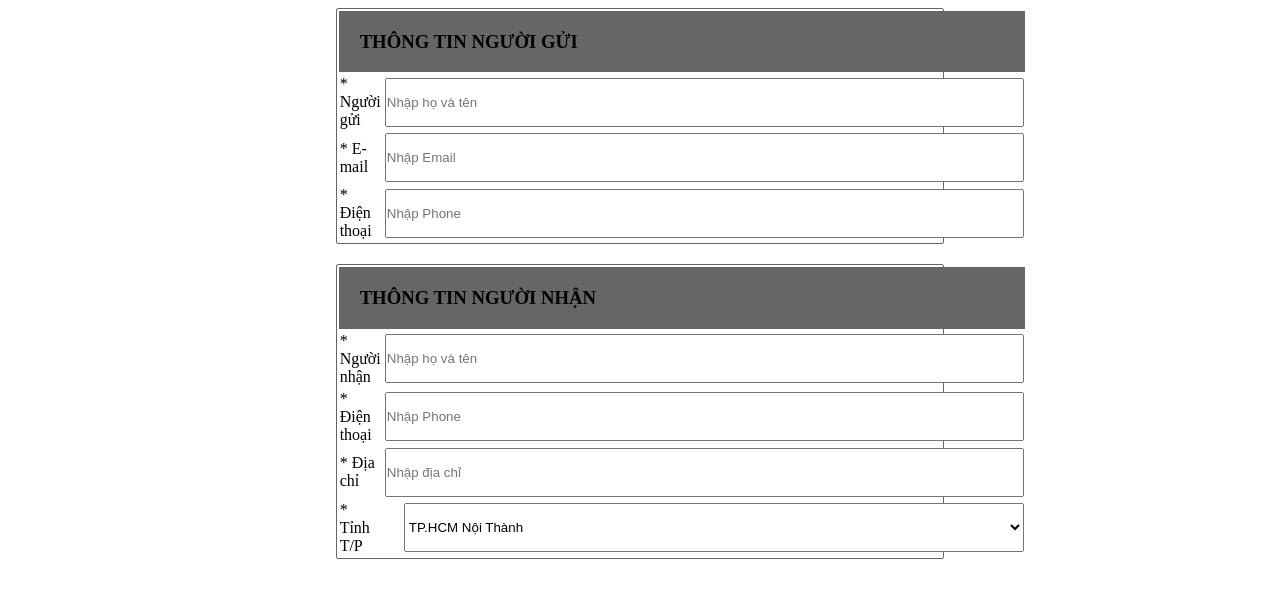
Repository: Tan-Khang21/TH_TKW--Buoi_04
Page: Bai_Tap_Mau/Bai_01/Bai_01.html
The author's editor kept a copy of each file at every save. The page is drawn from the files as they stood at one save, then again after the next save.
The browser window is 1280 px wide. The pictures show the whole page.

Above is the page before, as saved 2024-03-05 21:26:56.

### Bai_Tap_Mau/Bai_01/Bai_01.html
<!DOCTYPE html>
<html lang="en">
  <head>
    <meta charset="UTF-8" />
    <meta name="viewport" content="width=device-width, initial-scale=1.0" />
    <title>Document</title>
  </head>
  <body style=" box-sizing: border-box;">
    <form
      style="
        border: 1px solid #666;
        border-radius: 2px;
        width: 48%;
        margin: 0 auto;
      "
    >
      <table style="margin: 0 auto; width: 100%">
        <tr bgcolor="#666">
          <td colspan="2">
            <h3 style="margin-left: 20px">THÔNG TIN NGƯỜI GỬI</h3>
          </td>
        </tr>
        <tr>
          <td>* Người gửi</td>
          <td align="right">
            <input
              style="padding: 15px; padding-left: 0; width: 620px;"
              type="text"
              placeholder="Nhập họ và tên"
            />
          </td>
        </tr>
        <tr>
          <td>* E-mail</td>
          <td align="right">
            <input
              style="padding: 15px; padding-left: 0; width: 620px;"
              type="text"
              placeholder="Nhập Email"
            />
          </td>
        </tr>
        <tr>
          <td>* Điện thoại</td>
          <td align="right">
            <input
              style="padding: 15px; padding-left: 0; width: 620px;"
              type="number"
              placeholder="Nhập Phone"
            />
          </td>
        </tr>
      </table>
    </form>


    <form
      style="
        border: 1px solid #666;
        border-radius: 2px;
        width: 48%;
        margin: 20px auto;
      "
    >
      <table style="margin: 0 auto; width: 100%">
        <tr bgcolor="#666">
          <td colspan="2">
            <h3 style="margin-left: 20px">THÔNG TIN NGƯỜI NHẬN</h3>
          </td>
        </tr>
        <tr>
          <td width="20px">* Người nhận</td>
          <td align="right">
            <input
              style="padding: 15px; padding-left: 0; width: 620px;"
              type="text"
              placeholder="Nhập họ và tên"
            />
          </td>
        </tr>
        <tr>
          <td>* Điện thoại</td>
          <td align="right">
            <input
              style="padding: 15px; padding-left: 0; width: 620px;"
              type="number"
              placeholder="Nhập Phone"
            />
          </td>
        </tr>
        <tr>
          <td>* Địa chỉ</td>
          <td align="right">
            <input
              style="padding: 15px; padding-left: 0; width: 620px;"
              type="text"
              placeholder="Nhập địa chỉ"
            />
          </td>
        </tr>
        <tr>
            <td>* Tỉnh T/P</td>
            <td align="right"> <select name="Provine" style="padding: 15px; padding-left: 0; width: 620px" >
                <option value="1">TP.HCM Nội Thành</option>
                <option value="2">Hà Nội</option>
                <option value="3">Huế</option>
                <option value="4">Đà Nẵng</option>
                <option value="5">Quảng Ninh</option>
                <option value="6">Cần Thơ</option>
            </select></section></td>
        </tr>
      </table>
    </form>
  </body>
</html>

After the next save:
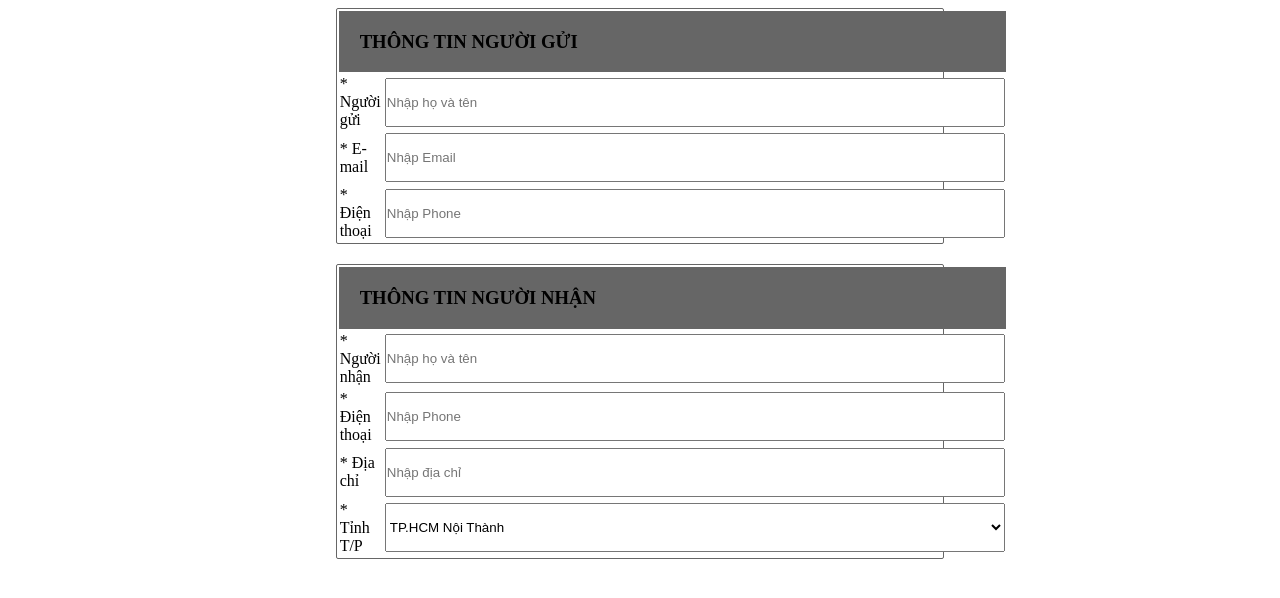
Saved 58 s later.
--- a/Bai_Tap_Mau/Bai_01/Bai_01.html
+++ b/Bai_Tap_Mau/Bai_01/Bai_01.html
@@ -5,7 +5,7 @@
     <meta name="viewport" content="width=device-width, initial-scale=1.0" />
     <title>Document</title>
   </head>
-  <body style=" box-sizing: border-box;">
+  <body>
     <form
       style="
         border: 1px solid #666;
@@ -24,7 +24,7 @@
           <td>* Người gửi</td>
           <td align="right">
             <input
-              style="padding: 15px; padding-left: 0; width: 620px;"
+              style="padding: 15px; padding-left: 0; width: 620px; box-sizing: border-box;"
               type="text"
               placeholder="Nhập họ và tên"
             />
@@ -34,7 +34,7 @@
           <td>* E-mail</td>
           <td align="right">
             <input
-              style="padding: 15px; padding-left: 0; width: 620px;"
+              style="padding: 15px; padding-left: 0; width: 620px; box-sizing: border-box;"
               type="text"
               placeholder="Nhập Email"
             />
@@ -44,7 +44,7 @@
           <td>* Điện thoại</td>
           <td align="right">
             <input
-              style="padding: 15px; padding-left: 0; width: 620px;"
+              style="padding: 15px; padding-left: 0; width: 620px; box-sizing: border-box;"
               type="number"
               placeholder="Nhập Phone"
             />
@@ -72,7 +72,7 @@
           <td width="20px">* Người nhận</td>
           <td align="right">
             <input
-              style="padding: 15px; padding-left: 0; width: 620px;"
+              style="padding: 15px; padding-left: 0; width: 620px; box-sizing: border-box;"
               type="text"
               placeholder="Nhập họ và tên"
             />
@@ -82,7 +82,7 @@
           <td>* Điện thoại</td>
           <td align="right">
             <input
-              style="padding: 15px; padding-left: 0; width: 620px;"
+              style="padding: 15px; padding-left: 0; width: 620px; box-sizing: border-box;"
               type="number"
               placeholder="Nhập Phone"
             />
@@ -92,7 +92,7 @@
           <td>* Địa chỉ</td>
           <td align="right">
             <input
-              style="padding: 15px; padding-left: 0; width: 620px;"
+              style="padding: 15px; padding-left: 0; width: 620px; box-sizing: border-box;"
               type="text"
               placeholder="Nhập địa chỉ"
             />
